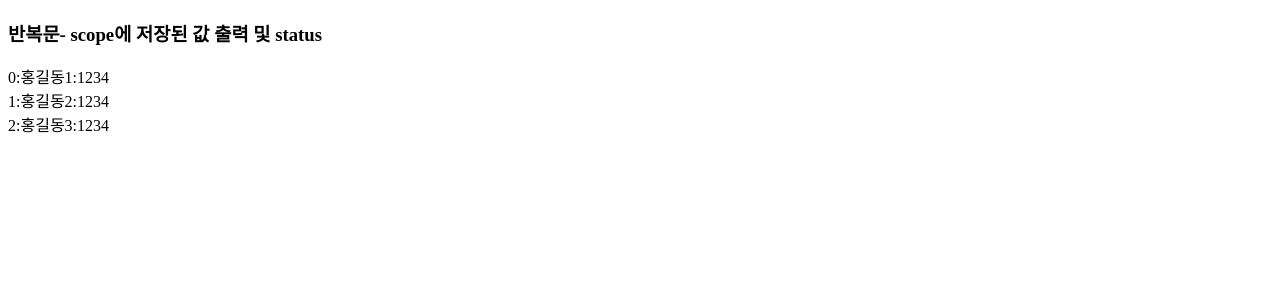
Repository: beom2pm/ds_edu_springFramework
Page: http://localhost/02Day_web4_Model처리1_ModelAndView/list3
The author's editor kept a copy of each file at every save. The page is drawn from the files as they stood at one save, then again after the next save.
The browser window is 1280 px wide. The pictures show the whole page.
The page is served by Tomcat 9.

Above is the page before, as saved 2021-02-03 07:42:10.

After the next save:
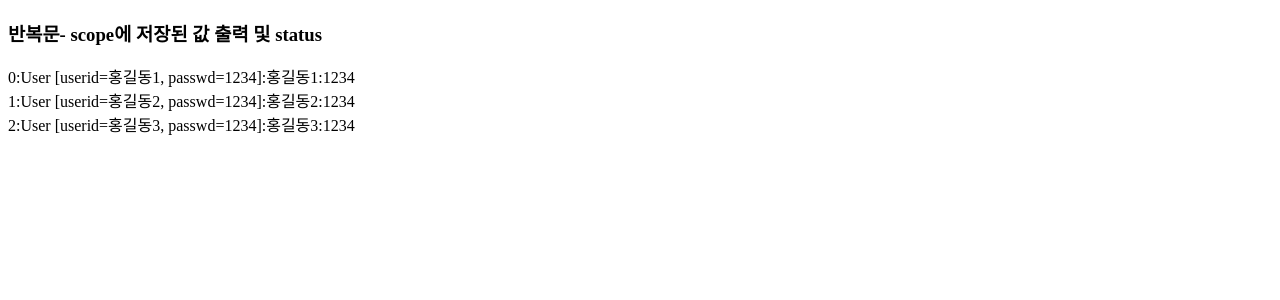
Saved 67 s later.
--- a/02Day_web4_Model처리1_ModelAndView/src/main/webapp/WEB-INF/views/list3.jsp
+++ b/02Day_web4_Model처리1_ModelAndView/src/main/webapp/WEB-INF/views/list3.jsp
@@ -10,7 +10,7 @@
 <body>
 <h3>반복문- scope에 저장된 값 출력 및 status</h3>
 <c:forEach var="m" items="${xyz}" varStatus="status">
-  ${status.index}:${m.userid}:${m.passwd}<br>
+  ${status.index}:${m}:${m.userid}:${m.passwd}<br>
 </c:forEach>
 </body>
 </html>
